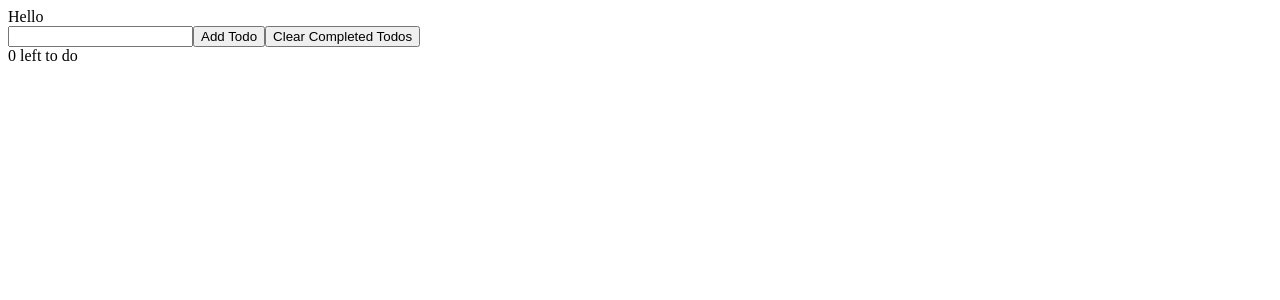
Repository: Hyperion72R/React-concepts
Page: /
An editor plug-in stored every save of this project. The page is shown before and after the next save, followed by the edit.
The browser window is 1280 px wide. The pictures show the whole page.
The project was rebuilt for these pictures with package versions that can differ from the ones it lists, and the page was loaded fresh each time.

Above is the page before, as saved 2021-07-10 15:30:46.

### src/App.js
import React from "react";
import TodoList from "./TodoList";

function App() {
  return (
    <>
      <TodoList />
      <input type="text" />
      <button>Add Todo</button>
      <button>Clear Completed Todos</button>
      <div>0 left to do</div>
    </>
  );
}

export default App;

### src/TodoList.js
import React from "react";

export default function TodoList() {
  return <div>Hello</div>;
}

Loaded but not shown: public/index.html (common file); src/index.js (common file)

After the next save:
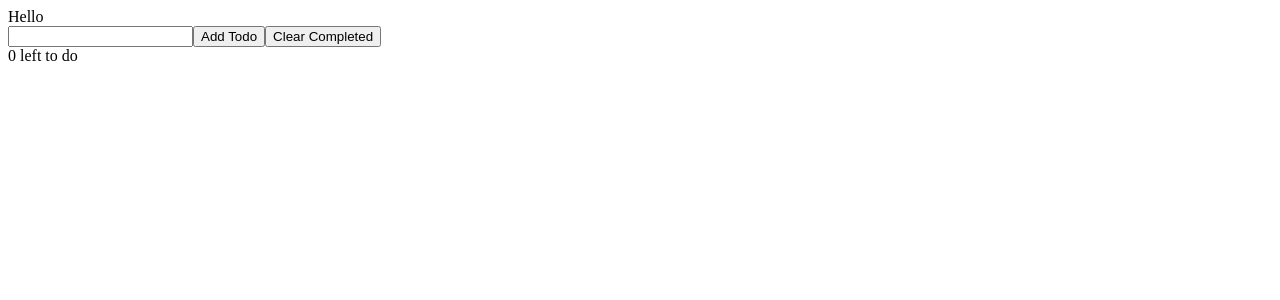
Saved 42 s later.
--- a/src/App.js
+++ b/src/App.js
@@ -7,7 +7,7 @@ function App() {
       <TodoList />
       <input type="text" />
       <button>Add Todo</button>
-      <button>Clear Completed Todos</button>
+      <button>Clear Completed</button>
       <div>0 left to do</div>
     </>
   );
